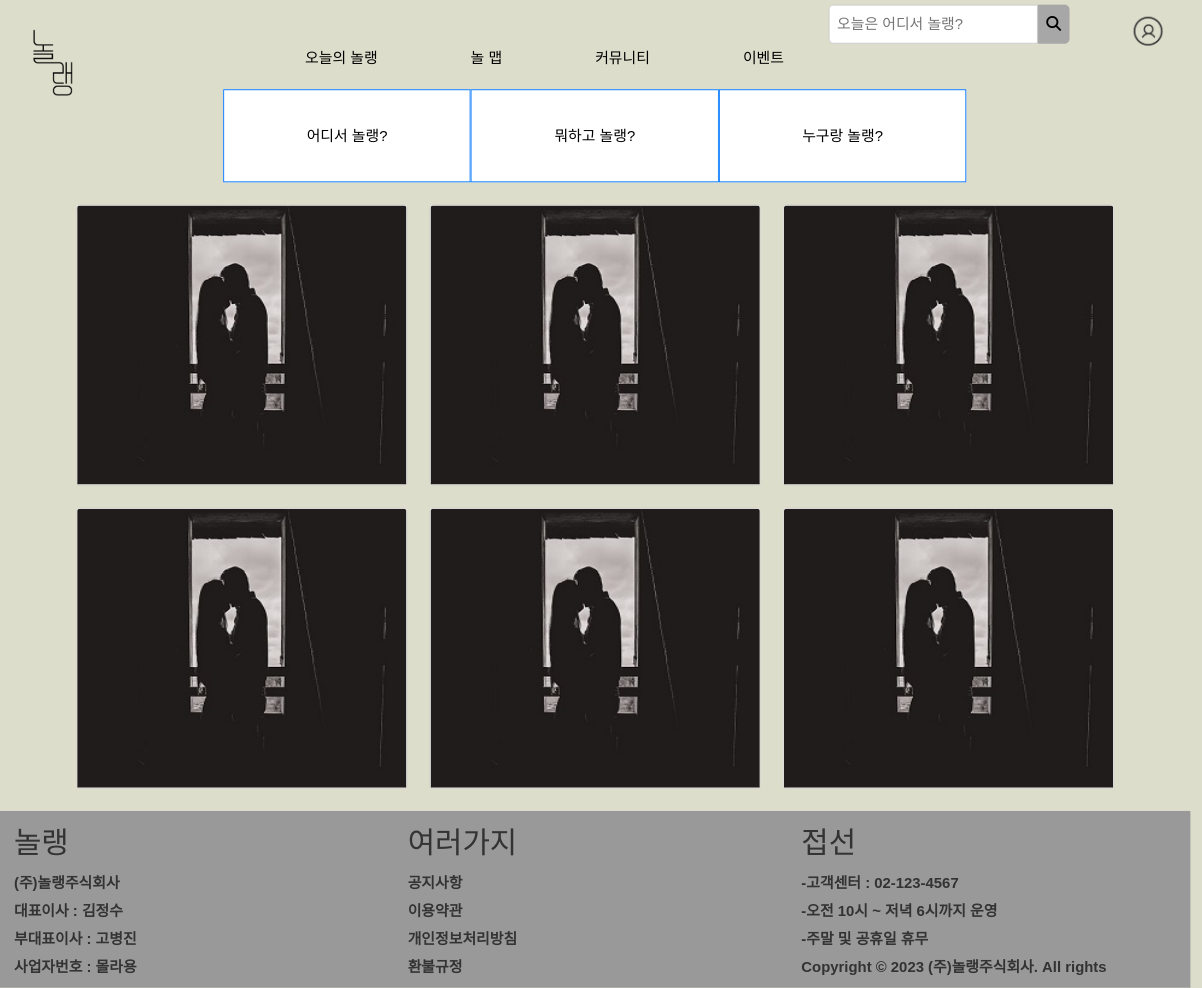
Repository: rrqrw/-
Page: http://localhost/noll_project/who/who3.jsp
The author's editor kept a copy of each file at every save. The page is drawn from the files as they stood at one save, then again after the next save.
The browser window is 1280 px wide. The page is 1280 px wide, then 1292 px, so the pictures cover 1292 px, including what lies to the right of the window. The pictures show the whole page, at 93% of full size.
Some web libraries are served in a nearby version. The page is served by Tomcat 9. Other server files are loaded and not shown.

Above is the page before, as saved 2023-12-12 09:14:35.

### noll_project/src/main/webapp/who/who3.jsp
<%@ page language="java" contentType="text/html; charset=UTF-8"
    pageEncoding="UTF-8"%>
<%@ taglib uri="http://java.sun.com/jsp/jstl/core" prefix="c" %>
<%@ taglib uri="http://java.sun.com/jsp/jstl/fmt" prefix="fmt" %>
<!DOCTYPE html>
<html lang="en">
<head>
  <meta charset="UTF-8">
  <meta name="viewport" content="width=device-width, initial-scale=1.0">
  <title>Document</title>
  <link rel="stylesheet"  href="../resources/css/bootstrap.css">
  <link rel="stylesheet" href="../resources/css/style.css">
  <script src="../resources/js/bootstrap.js"></script>

</head>
<body>
<jsp:include page="../header.jsp" />
  <div class="container">
    <div class="menu">
    <ul>
      <li><a href="../who/who1.jsp">어디서 놀랭?</a></li>
      <li><a href="../who/who2.jsp">뭐하고 놀랭?</a></li>
      <li><a href="../who/who3.jsp">누구랑 놀랭?</a></li>
    </ul>
  </div>
    <div class="row my-4">
      <div class="col-4">
        <div class="card" >
          <a href="../instar/instar.jsp"><img src="../resources/images/pic7.jpg" class="card-img-top" alt="..."></a>

        </div>
      </div>
      <div class="col-4">
        <div class="card" >
          <img src="../resources/images/pic7.jpg" class="card-img-top" alt="...">

        </div>
      </div>
      <div class="col-4">
        <div class="card" >
          <img src="../resources/images/pic7.jpg" class="card-img-top" alt="...">

        </div>
      </div>
    </div>
    <div class="row my-4">
      <div class="col-4">
        <div class="card" >
          <img src="../resources/images/pic7.jpg" class="card-img-top" alt="...">

        </div>
      </div>
      <div class="col-4">
        <div class="card" >
          <img src="../resources/images/pic7.jpg" class="card-img-top" alt="...">

        </div>
      </div>
      <div class="col-4">
        <div class="card" >
          <img src="../resources/images/pic7.jpg" class="card-img-top" alt="...">

        </div>
      </div>
    </div>
  </div>
  <jsp:include page="../footer.jsp" />
</body>
</html>

### noll_project/src/main/webapp/header.jsp
<%@ page language="java" contentType="text/html; charset=UTF-8"
    pageEncoding="UTF-8"%>
<!DOCTYPE html>
<html lang="en">
<head>
  <meta charset="UTF-8">
  <meta name="viewport" content="width=device-width, initial-scale=1.0">
  <title>상단 메뉴(nav bar)</title>
  <link rel="stylesheet" href="resources/css/style.css">
  <script src="https://kit.fontawesome.com/7c6041109a.js" crossorigin="anonymous"></script>
  <script src="https://code.jquery.com/jquery-3.7.1.js" integrity="sha256-eKhayi8LEQwp4NKxN+CfCh+3qOVUtJn3QNZ0TciWLP4=" crossorigin="anonymous"></script>
  <!-- defer, async 아래 html을 다읽고 외부 js를 읽게 (지연) 해줌 -->
</head>
<body>
  <nav class="navbar">
    <div class="navbar_logo">
      <a href="#"><img src="../resources/images/logo.png" alt="로고" style="width: 80px;"></a>
    </div>
    <ul class="navbar_menu">
      <li><a href="">오늘의 놀랭</a></li>
      <li><a href="">놀 맵</a></li>
      <li><a href="">커뮤니티</a></li>
      <li><a href="">이벤트</a></li>
    </ul>
    <a href="#" class="navbar_toggleBtn">
      <i class="fa-solid fa-bars"></i>
    </a>

    <div id="search">
      <form action="#" method="get">
          <input type="text" placeholder="오늘은 어디서 놀랭?" id="search_input">
          <button type="submit"><i class="fas fa-search"></i></button>
      </form>
    </div>
  <div id="login">
     <a href="#"><img src="../resources/images/login.png" alt="로그인"></a>
  </div>
  </nav>
</body>
</html>

### noll_project/src/main/webapp/footer.jsp
<%@ page language="java" contentType="text/html; charset=UTF-8"
    pageEncoding="UTF-8"%>
<footer class="footer_cell">
      <div class="footer_info">
         <div class="footer_cell">
            <h2 class="footer_h">놀랭</h2>
            <ul class="footer_u">
               <li>(주)놀랭주식회사</li>
               <li>대표이사 : 김정수</li>
               <li>부대표이사 : 고병진</li>
               <li>사업자번호 : 몰라용</li>
            </ul>
         </div>
         <div class="footer_cell">
            <h2 class="footer_h">여러가지</h2>
            <ul class="footer_u">
               <!-- 나중에 링크 넣어서 바로 넘어갈 수 있도록 생각 -->
               <li><a href="#">공지사항</a></li>
               <li><a href="#">이용약관</a></li>
               <li><a href="#">개인정보처리방침</a></li>
               <li><a href="#">환불규정</a></li>
            </ul>
         </div>
         <div class="footer_cell">
            <h2 class="footer_h">접선</h2>
            <ul class="footer_u">
               <li>-고객센터 : 02-123-4567</li>
               <li>-오전 10시 ~ 저녁 6시까지 운영</li>
               <li>-주말 및 공휴일 휴무</li>
               <li>Copyright © 2023 (주)놀랭주식회사. All rights</li>
            </ul>
         </div>
      </div>
   </footer>

### noll_project/src/main/webapp/resources/css/style.css
@charset "UTF-8";
*{
	font-family: 'Noto Sans KR', sans-serif;
}
body{
	background: #ddddcc;
}
/* header 스타일 */
a{
  text-decoration: none;
  color: black;
}

/* pc 기준 */
.navbar{
  display: flex;
  justify-content: space-between;
  align-items: center;
}

.navbar_logo{
  width: 80px;
  height: 80px;
  font-size: 24px;
  padding-left: 20px;
  padding-top: 20px;
}

.navbar_menu{
  display: flex;
  list-style: none;
   margin-right: 10%;
  padding-top: 30px;
  padding-left: 0;
}

#login {
  position: top;
  padding-bottom: 30px;
  padding-right: 30px;
}

.navbar_menu li a{padding: 8px 50px;}
.navbar_toggleBtn{
  font-size: 24px;
  position: absolute;
  right: 30px;
  display: none;
}

/* 검색바 스타일 */
#search {
  position: absolute;
  top: 5px;
  right: 130px; /* 조정 가능한 우측 간격 */
}

/* 검색바 스타일 */
#search form {
  display: flex;
}

#search_input {
  padding: 8px;
  border: 1px solid #ccc;
  border-radius: 5px 0 0 5px;
}

#search button {
  padding: 8px;
  background-color: rgb(167, 167, 167);
  border: 1px solid rgb(167, 167, 167);
  border-radius: 0 5px 5px 0;
  color: black;
  cursor: pointer;
}

#search button:hover {
  background-color: rgb(128, 128, 128);
 }

/* 테블릿 기준 */
@media screen and (max-width: 1100px){
  .navbar_menu{
    padding-right: 60px;
  }
  .navbar_menu li{
    padding-top: 10px;
    display: flex;
  }
  .navbar_toggleBtn{
    font-size: 24px;
    position: absolute;
    right: 30px;
    top: 20px;
  }

  /* 검색바 스타일 */
#search {
  position: absolute;
  top: 5px;
  right: 130px; /* 조정 가능한 우측 간격 */
}

#search form {
  display: flex;
}

#search_input {
  padding: 8px;
  border: 1px solid #ccc;
  border-radius: 5px 0 0 5px;
}

#search button {
  padding: 8px;
  background-color: rgb(167, 167, 167);
  border: 1px solid rgb(167, 167, 167);
  border-radius: 0 5px 5px 0;
  color: black;
  cursor: pointer;
}

#search button:hover {
  background-color: rgb(128, 128, 128);
 }

 .navbar_toggleBtn{
  font-size: 24px;
  position: absolute;
  right: 30px;
  top: 40px;
 }

 #login{
  position: absolute;
  top: 5px;
  right: 10px;
 }
}


/* 모바일 기준 */
@media screen and (max-width: 768px){
  .navbar{
    flex-direction: column;
    align-items: flex-start;
    padding: 8px 20px;
  }

  .navbar_menu{
    /* align-items: center;  */
    width: 100%;
    padding-top: 10px;
    /* justify-content: flex-end; */
    align-items: flex-end;
  }

 /* 햄버거 메뉴 스타일 */
 .navbar_toggleBtn{
  font-size: 24px;
  position: absolute;
  right: 30px;
  top: 40px;
 }
  .navbar_menu li{
    padding-top: 5px;
  }

  .navbar_toggleBtn{
    display: block;
  }

  #login{
    position: absolute;
    top: 40px;
    right: 45px;
  }


/* 검색바 스타일 */
#search {
  position: absolute;
  top: 40px;
  right: 130px; /* 조정 가능한 우측 간격 */
}

#search form {
  display: flex;
}

#search_input {
  width: 50px;
  padding: 8px;
  border: 1px solid #ccc;
  border-radius: 5px 0 0 5px;
}

#search button {
  padding: 8px;
  background-color: rgb(167, 167, 167);
  border: 1px solid rgb(167, 167, 167);
  border-radius: 0 5px 5px 0;
  color: black;
  cursor: pointer;
}

#search button:hover {
  background-color: rgb(128, 128, 128);
 }
}
/* footer 스타일 */
footer .footer_cell { height: 180px;}

.footer_info {
  display: flex;
  justify-content: space-between;
  padding: 5px;
  background-color: #999999;
}


.footer_cell {
  flex: 1
  ;
  text-align: left;
  color: rgb(51, 51, 51);
  font-weight: bold;
}

.footer_cell li a {
  color: rgb(51, 51, 51);
  font-weight: bold;
  text-decoration: none;
}

.footer_h {
  margin: 10px;
}

.footer_u {
  margin: 10px;
  line-height: 30px;
}



/* general */

ul,li {
  margin: 0;
  padding: 0;
  list-style-type: none;
  list-style-position: inside;
}
footer p {
  margin-top: 18px;
  font-size: 11px;
  color: #c7c7c7;
  line-height: 18px;
}
.pic {
  border-radius: 100%;
}
span.userID {
  margin-right: 5px;
}
span.sub-span {
  font-size: 12px;
  color: #8e8e8e;
}
span.point-span {
  font-weight: 500;
  font-size: 14px;
  color: #262626;
}

/* main */
main {
  width: 960px;
  margin: 0 auto;
  padding-top: 94px;
  padding-bottom: 40px;
}
.main-right {
  width: 310px;
  display: inline-block;
  position: fixed;
  top: 94px;
}
.feeds {
  width: 614px;
  margin-right: 34px;
  display: inline-block;
}
article, .section-story, .section-recommend {
  background-color: #fff;
  border-radius: 3px;
  border: 1px solid #DBDBDB;
}
article {
  margin-bottom: 60px;
}
.section-story, .section-recommend {
  width: 310px;
  padding: 14px 16px;
  overflow-y: hidden;
}
.section-story {
  height: 212px;
  margin-bottom: 20px;
}
.section-recommend {
  height: 180px;
}
/* article */
header {
  height: 60px;
  padding: 0 16px;
  display: flex;
  align-items: center;
  justify-content: space-between;
}
.profile-of-article {
  display: flex;
  align-items: center;
}
.img-profile {
  width: 32px;
  height: 32px;
  border: 1px solid #fafafa;
  border-radius: 100%;
}
.main-image img {
  width: 612px;
}
.main-id {
  margin-left: 14px;
}
.icon-more {
  justify-self: end;
}
.icons-react {
  height: 40px;
  padding: 0 16px;
  display: flex;
  align-items: center;
  justify-content: space-between;
}
.icon-react {
  width: 24px;
  height: 24px;
}
.icons-left {
  display: flex;
  align-items: center;
}
.icons-left .icon-react {
  margin-right: 12px;
}
/* article text data */
.reaction {
  padding: 0 16px;
}
.liked-people {
  display: flex;
  align-items: center;
  height: 18px;
  margin: 2px 0 8px 0;
}
.liked-people img {
  display: inline-block;
  margin-right: 4px;
  width: 20px;
  height: 20px;
  border: 1px solid #fafafa;
}
.liked-people p {
  display: inline-block;
  color: #262626;
  font-size: 14px;
}
.description {
  display: flex;
  align-items: center;
  height: 18px;
}
span.at-tag {
  color: #00376B;
}
ul.comments {
  margin-top: 5px;
}
ul.comments li {
  height: 21px;
  display: flex;
  justify-content: space-between;
  color: #262626;
  font-size: 14px;
}
img.comment-heart {
  width: 12px;
  height: 12px;
}
div.time-log {
  margin-bottom: 8px;
}
div.time-log span {
  height: 18px;
  font-size: 12px;
  color: #8e8e8e;
}
.hl {
  border-top: 1px solid #DBDBDB;
  width: 612px;
}
/* comment input */
.input-comment {
  font-size: 14px;
  width: 560px;
  height: 18px;
  padding: 28px 16px;
  border-style: none;
  box-sizing: border-box;
  color: #262626;
}
.input-comment:focus {
outline: none;
}
.input-comment::placeholder {
  color: #8e8e8e;
}
button.submit-comment {
  color: #0095f6;
  background-color: #fff;
  border-style: none;
  height: 40px;
  width: 40px;
  padding: 4px;
  font-size: 14px;
  font-weight: 600;
}
.submit-comment:disabled {
  color: #B9DFFC;
}
button.submit-comment:focus {
  outline: none;
}

/* story & recommendation */
.menu-title {
  display: flex;
  justify-content: space-between;
  align-items: center;
  margin-bottom: 14px;
}
.sub-title {
  font-size: 14px;
  color: #8e8e8e;
  font-weight: 600;
}
.find-more {
  font-size: 12px;
  font-weight: 600;
  color: #262626;
}
.story-list li, .recommend-list li {
  display: flex;
  align-items: flex-start;
}
ul.story-list img.story {
  box-sizing: content-box;
  border: 2px solid #fff;
}
div.gradient-wrap {
  width: 40px;
  height: 40px;
  display: flex;
  justify-content: center;
  align-items: center;
  border-radius: 100%;
  background: radial-gradient(circle at bottom left, #F58529 20%, #C42D91);
}
ul.story-list .profile-text {
  margin-top: 3px;
}
.profile-text {
  display: inline-block;
  margin: 0 0 10px 8px;
}
.profile-text span {
  display: block;
}
.profile-text span.userID {
  margin-bottom: 2px;
}
.recommend-list li {
  display: flex;
  justify-content: space-between;
  align-items: flex-start;
}
.btn-follow {
  padding-top: 7px;
  color: #0095f6;
  font-weight: 600;
  font-size: 12px;
}
.recommend-friend-profile {
  display: flex;
  align-items: flex-start;
}

/*who*/
.wholist ul li{
  list-style: none;

}
.wholist ul li a{
  text-decoration: none;
  color: rgb(0, 119, 255);
}
.menu{
  width: 800px;
  height: 100px;
  border-radius: 30%;
  margin: 0 auto;
}
.menu ul li{
  float: left;
  width: 33.3%;
  height: 100px;
  line-height: 100px;
  vertical-align: middle;
  text-align: center;
  background: white;
  border: 1px solid rgb(0, 119, 255);
}
.menu ul li a{
  display: block;
}
.menu ul li a:hover{
  background:rgb(0, 119, 255);
  color: white;
}
.card img{
  width: 100%px;
  height: 300px;
}

Loaded but not shown: noll_project/src/main/webapp/resources/css/bootstrap.css (library); noll_project/src/main/webapp/resources/js/bootstrap.js (library)

After the next save:
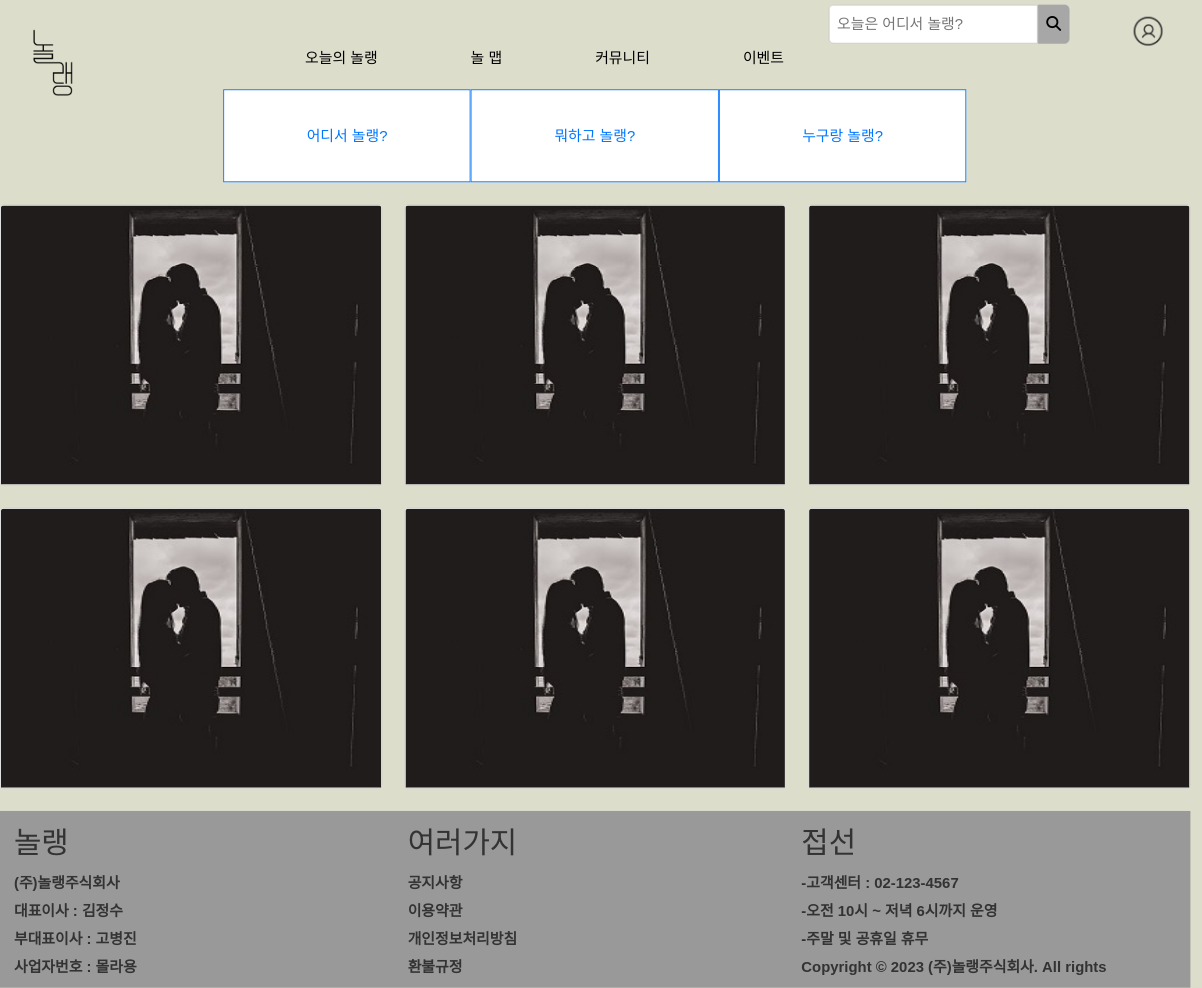
Saved 4 s later.
--- a/noll_project/src/main/webapp/who/who3.jsp
+++ b/noll_project/src/main/webapp/who/who3.jsp
@@ -15,7 +15,7 @@
 </head>
 <body>
 <jsp:include page="../header.jsp" />
-  <div class="container">
+  <div class="wholist">
     <div class="menu">
     <ul>
       <li><a href="../who/who1.jsp">어디서 놀랭?</a></li>
